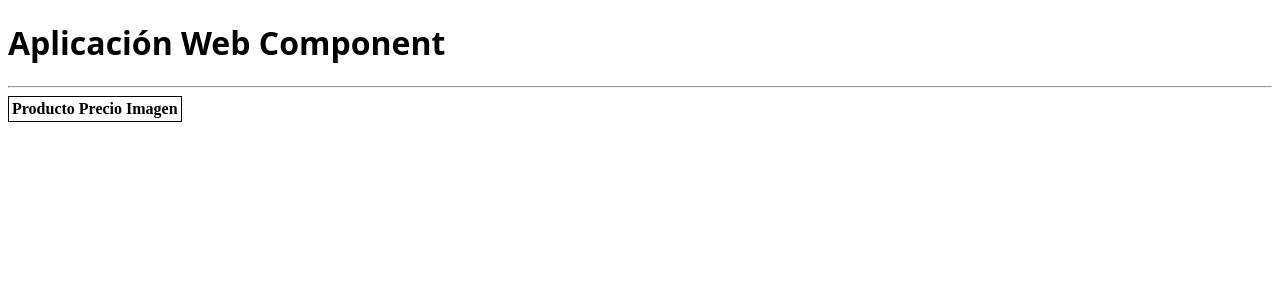
Repository: maxTech2019/Lab-react-C12024
Page: /
The author's editor kept a copy of each file at every save. The page is drawn from the files as they stood at one save, then again after the next save.
The browser window is 1280 px wide. The pictures show the whole page.
The page's requests for data from a server got no answer. The project was rebuilt for these pictures with package versions that can differ from the ones it lists, and the page was loaded fresh each time. No one was signed in, and anything a server would have sent is missing. Also part of the build but not shown: vite.config.js, src/custom_hooks/useContador.js, src/component/ContadoruseEffect.jsx.

Above is the page before, as saved 2024-06-06 11:28:49.

### src/main.jsx
import React from 'react'
import ReactDOM from 'react-dom/client'
import App from './App';


const root = ReactDOM.createRoot(document.getElementById('root'));
root.render(
  <React.StrictMode>
    <App />
  </React.StrictMode>,
)

### src/App.jsx
import { Productos } from "./component/Productos";
import {ContadoruseEffect} from "./component/ContadoruseEffect";

const App = () => {
  return (
    <>
      <h1>Aplicación Web Component</h1>
      <hr />
      {/* <Contador /> */}
      <Productos/>
      {/* <ContadoruseEffect /> */}
    </>
  );
}

export default App

### src/component/Productos.jsx
import { useEffect, useState } from "react";
import '../css/productos.css';

export const Productos = () => {
    const [productos, setProductos] = useState([]);

    useEffect(()=>{
        fetch('https://fakestoreapi.com/products')
            .then(response => response.json())
            .then(data => setProductos(data));
    },[]);

    return(
        <div>
            <table>
               <thead>
               <tr><th>Producto</th><th>Precio</th><th>Imagen</th></tr>
               </thead>
               <tbody>
                    {
                        productos.map(({id, title, price, image}) => (
                            <tr key={id}>
                                <td>{title}</td>
                                <td>{price}</td>
                                <td>
                                    <img src={image} alt={`Imagen ${id}`} />
                                </td>
                            </tr>
                        ))
                    }
                </tbody>
            </table>
            {/* <ul>
                {
                    productos.map(({id, title})=>(
                        <li key={id}>{title}</li>
                    ))
                }
            </ul> */}
        </div>
    );
}

### src/css/productos.css

img {
    width: 80px;
    height: 80px;
}

table, tr, td{
    border: 1px, solid, black;
}

### src/css/estilos_contuseEffect.css
 button.miBoton {
    width: 50px;
    height: 50px;
    margin-left: 5px;
 }
 h1{
    font-family: system-ui;
    font-size: 2em;
 }

Loaded but not shown: index.html (common file)

After the next save:
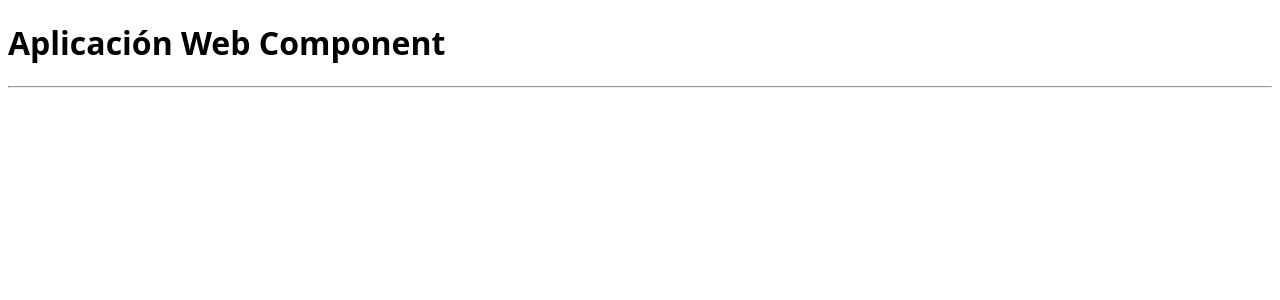
Saved 11 min 26 s later.
--- a/src/App.jsx
+++ b/src/App.jsx
@@ -7,7 +7,7 @@ const App = () => {
       <h1>Aplicación Web Component</h1>
       <hr />
       {/* <Contador /> */}
-      <Productos/>
+      {/* <Productos/> */}
       {/* <ContadoruseEffect /> */}
     </>
   );
